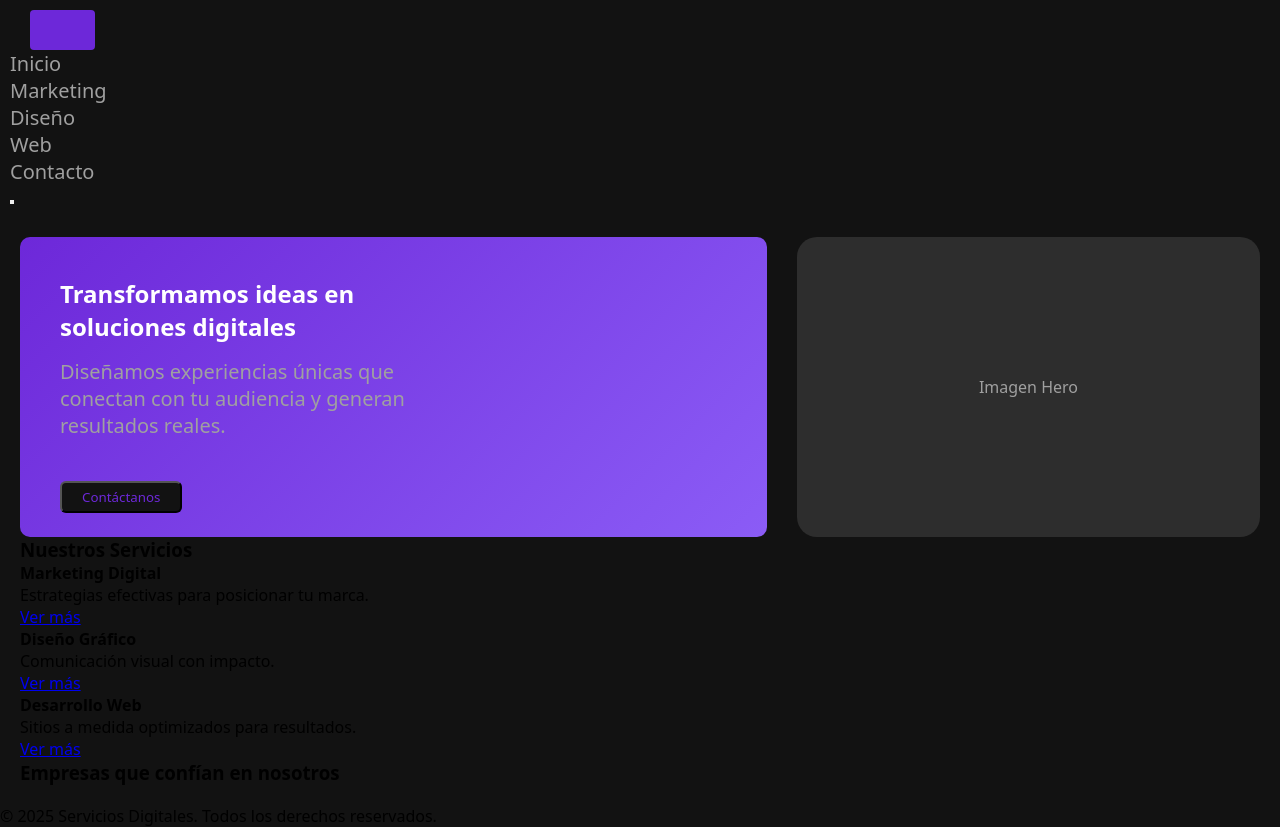
Repository: santinogarrone/TrabajoAgustin
Page: html/index.html
An editor plug-in stored every save of this project. The page is shown before and after a run of saves, followed by the edit.
The browser window is 1280 px wide. The pictures show the whole page.

Above is the page before, as saved 2025-05-02 11:05:03.

### html/index.html
<!DOCTYPE html>
<html lang="en">
<head>
    <meta charset="UTF-8">
    <meta name="viewport" content="width=device-width, initial-scale=1.0">
    <link rel="stylesheet" href="../css/style.css">
    <title>Página de Agustin</title>
</head>
<body>

    <header>
        <nav class="nav-bar">
            <div class="cuadrado-violeta">

            </div>


            <ul class="nav-list">
                <li class="nav-item"><a href="">Inicio</a></li>
                <li class="nav-item"><a href="">Marketing</a></li>
                <li class="nav-item"><a href="">Diseño</a></li>
                <li class="nav-item"><a href="">Web</a></li>
                <li class="nav-item"><a href="">Contacto</a></li>
            </ul>

            <button class="menu-icon" aria-label="menu">
                <span class="menu-line"></span>
                <span class="menu-line"></span>
                <span class="menu-line"></span>
            </button>
        </nav>
    </header>
        <main>

            <section class="main-contact">
                <div class="contacto">
                    <h2 class="tit-contacto">Transformamos ideas en soluciones digitales</h2>
                    <p class="explicacion">Diseñamos experiencias únicas que conectan con tu audiencia y generan resultados reales.</p>

                    <button class="boton-contactar" onclick="location.href='../html/contacto.html'">
                        Contáctanos
                    </button>
                </div>

                <div class="img-hero">
                    Imagen Hero
                </div>
            </section>

            <section class="servicios">
                <h3>Nuestros Servicios</h3>

                <div class="card">
                    <h4>Marketing Digital</h4>
                    <p>Estrategias efectivas para posicionar tu marca.</p>
                    <a href="../html/marketing.html">Ver más</a>
                </div>

                <div class="card">
                    <h4>Diseño Gráfico</h4>
                    <p>Comunicación visual con impacto.</p>
                    <a href="#">Ver más</a>
                </div>

                <div class="card">
                    <h4>Desarrollo Web</h4>
                    <p>Sitios a medida optimizados para resultados.</p>
                    <a href="#">Ver más</a>
                </div>

            </section>

            <section class="empresas">
                <h3>Empresas que confían en nosotros</h3>
                <article class="logos">
                    <div class="logo"></div>
                    <div class="logo"></div>
                    <div class="logo"></div>
                    <div class="logo"></div>
                </article>

            </section>

        </main>

    <footer>
        <div class="ftr">
            <p>&copy; 2025 Servicios Digitales. Todos los derechos reservados.</p>
        </div>
    </footer>
</body>
</html>

### css/style.css
@import url(./global.css);

*{
    margin: 0;
    padding: 0;
    box-sizing: border-box;
    font-family: var(--font-family);
}


body{
    background-color: var(--fondo-color);
    height: 100%;
}

header{
    padding: 10px;
}
.cuadrado-violeta{
    display: block;
    width: 65px;
    height: 40px;
    background-color: var(--primary-color-original);
    border-radius: 4px;
    margin-left: 20px;
}


.nav-list{
    list-style: none;
    font-size: 20px;
    gap: 40px;
}

.nav-item a{
    text-decoration: none;
    color: var(--texto-secundario);
    transition: all .5s ease;
}

.nav-item a:hover{
    color: var(--texto-color);
}

main{
    margin: 20px;
}

.menu{
    display: none;
}

.main-contact{
    display: flex;
}

.contacto{
    display: flex;
    flex-direction: column;
    background: var(--primary-color-gradient);
    width: 800px;
    height: 300px;
    border-radius: 10px;
    padding: 40px;
    align-items: center;
}

.contacto .tit-contacto{
    color: var(--texto-color);
    padding-right: 270px;
}

.contacto .explicacion{
    color: var(--texto-secundario);
    padding-right: 300px;
    margin-top: 15px;
    margin-bottom: 30px;
    font-size: 20px;
}

.img-hero{
    background: var(--superficie-dos);
    width: 500px;
    height: 300px;
    margin-left: 30px;
    border-radius: 20px;
    display: flex;
    align-items: center;
    justify-content: center;
    color: var(--texto-secundario);
}
.boton-contactar {
    display: flex;
    margin-top: 12px;
    padding: 5px 20px;
    color: var(--primary-color-original);
    background: var(--fondo-color);
    border-radius: 6px;
    cursor: pointer;
    align-self: flex-start;
  }

@media (375px >= width) {

    body{
        background-color: var(--fondo-color);
        height: 100%;
    }

    header{
        background-color: var(--superficie-dos);
        position: sticky;
        top: 0;
        margin: 0;
        border-radius: 0;
    }

    main{
        margin: 0px;
    }
    .explicacion{
        display: none;
    }

    .nav-list{
        display: none;
    }

    .img-hero{
        display: none;
    }
    .cuadrado-violeta{
        display: block;
        width: 65px;
        height: 40px;
        background-color: var(--primary-color-original);
        border-radius: 4px;
        margin-left: 20px;
    }

    .menu{
        width: 30px;
        height: 30px;
        background: transparent;
        display: flex;
        flex-direction: column;
        gap: 4px;
        height: fit-content;
        border: none;
    }

    .menu-linea{
        width: 100%;
        height: 4px;
        background-color: var(--texto-color);
        border: none;
        border-radius: 4px;

    }

    .nav-bar{
        display: flex;
        justify-content: space-between;
        align-items: center;
        padding: 5px 16px;
    }


    .main-contact{
        display: flex;
        padding: 24px;
        justify-content: center;
        align-items: center;
    }

    .contacto{
        display: block;
        padding: 34px;
        background: var(--primary-color-gradient);
        border-radius: 10px;
        color: var(--texto-color);
        height: auto;
        font-size: 12px;
    }

    .contacto .tit-contacto{
        text-align: center;
        align-items: center;
        font-weight: bold;
        margin-top: 30px;
    }

    .boton-contactar{
        display: block;
        margin: 0 auto;
        margin-bottom: 20px;
        margin-top: 12px;
        padding: 5px 20px;
        color: var(--primary-claro);
        background-color: var(--fondo-color);
        border-radius: 6px;
        cursor: pointer;
    }

    .servicios{
        display: flex;
        flex-direction: column;
        margin: 0 20px;
    }

    .servicios h3{
        color: var(--texto-color);
    }

    .card{
        margin-top: 5px;
        align-items: center;
        justify-content: center;
        background-color: var(--superficie-dos);
        border-radius: 8px;
        padding: 12px;
        margin-bottom: 15px;
    }

    .card h4{
        color: var(--texto-color);
    }

    .card p{
        color: var(--texto-secundario);
        padding-bottom: 20px;
    }

    .card a{
        display: inline-block;
        margin-bottom: 20px;
        color: var(--texto-color);
        cursor: pointer;
    }

    .empresas{
        display: flex;
        flex-direction: column;
        align-items: flex-start;
        margin-left: 20px;
    }

    .empresas h3{
        color: var(--texto-color);
        margin-bottom: 1rem;
    }

    .logos{
        margin-top: 5px;
        width: 335px;
        display: flex;
        justify-content: center;
        align-items : center;
        gap: 5px;
        background-color: var(--superficie-dos);
        border-radius: 8px;
        padding: 20px;
        margin-bottom: 10px;
    }

    .logo{
        width: 60px;
        height: 30px;
        background-color: #444444;
        border-radius: 5px;
    }

    .ftr{
        background-color: var(--superficie-dos);
        border-radius: 8px;
        text-align: center;
        margin: 15px 10px;
        padding: 16px;
        color: var(--texto-secundario);
    }
}

### css/global.css
:root{
    --primary-color-gradient : linear-gradient(135deg, #6D28D9, #8B5CF6);
    --primary-color-original : #6D28D9;
    --primary-claro : #8b5cf6;
    --secundary-color : #10b981;
    --acento-color : #f5930b;
    --fondo-color : #121212;
    --superficie-color : #1e1e1e;
    --superficie-dos : #2d2d2d;
    --texto-secundario : #A0A0A0;

    --texto-color : #fff;
    --font-family : 'system-ui'
}

After the next 2 saves:
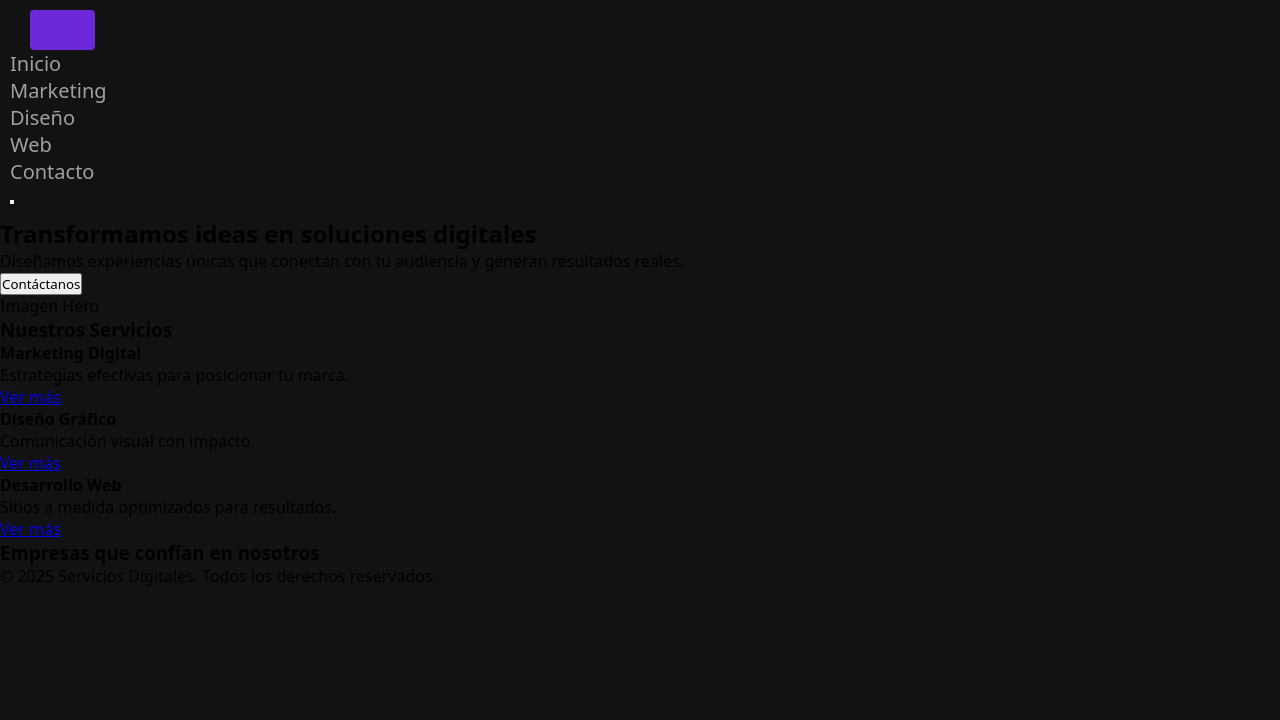
The 2 saves are shown as one change because they came seconds apart.
The last was saved 36 min 47 s later.
--- a/css/style.css
+++ b/css/style.css
@@ -41,64 +41,6 @@ header{
 .nav-item a:hover{
     color: var(--texto-color);
 }
-
-main{
-    margin: 20px;
-}
-
-.menu{
-    display: none;
-}
-
-.main-contact{
-    display: flex;
-}
-
-.contacto{
-    display: flex;
-    flex-direction: column;
-    background: var(--primary-color-gradient);
-    width: 800px;
-    height: 300px;
-    border-radius: 10px;
-    padding: 40px;
-    align-items: center;
-}
-
-.contacto .tit-contacto{
-    color: var(--texto-color);
-    padding-right: 270px;
-}
-
-.contacto .explicacion{
-    color: var(--texto-secundario);
-    padding-right: 300px;
-    margin-top: 15px;
-    margin-bottom: 30px;
-    font-size: 20px;
-}
-
-.img-hero{
-    background: var(--superficie-dos);
-    width: 500px;
-    height: 300px;
-    margin-left: 30px;
-    border-radius: 20px;
-    display: flex;
-    align-items: center;
-    justify-content: center;
-    color: var(--texto-secundario);
-}
-.boton-contactar {
-    display: flex;
-    margin-top: 12px;
-    padding: 5px 20px;
-    color: var(--primary-color-original);
-    background: var(--fondo-color);
-    border-radius: 6px;
-    cursor: pointer;
-    align-self: flex-start;
-  }
 
 @media (375px >= width) {
 
